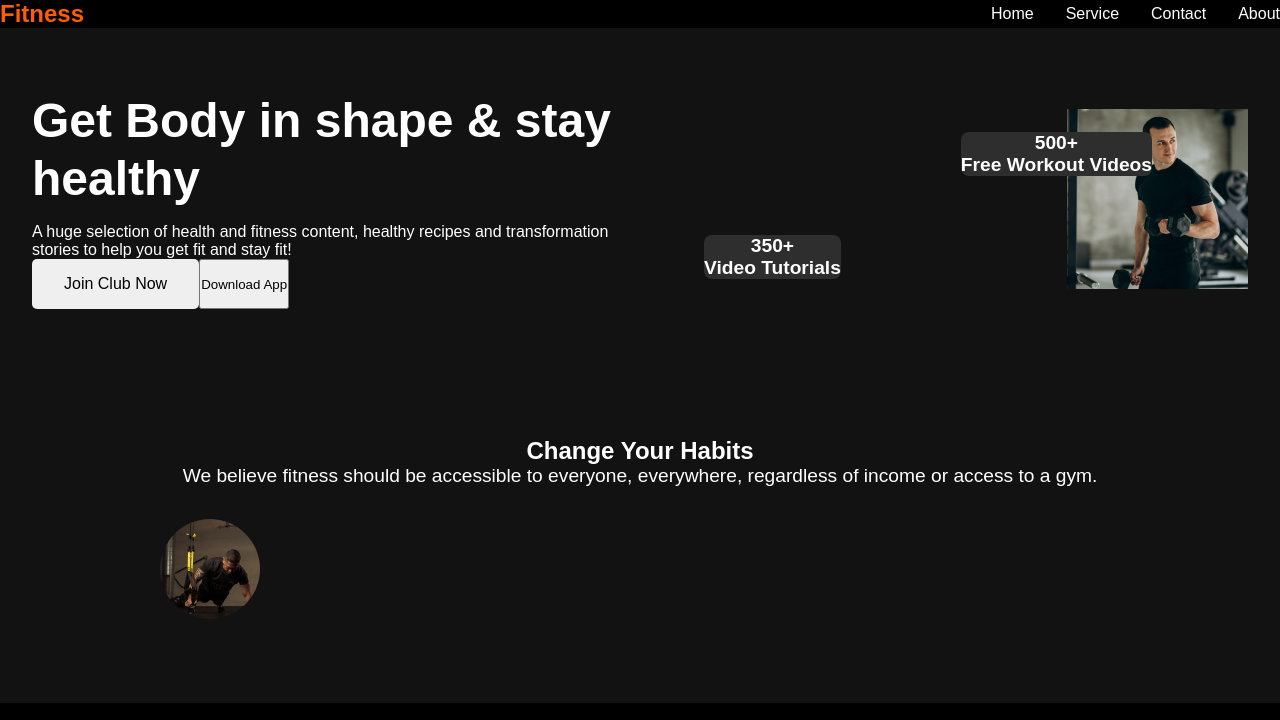
Repository: Aminul-Islam85/Assignment-2
Page: index.html
The author's editor kept a copy of each file at every save. The page is drawn from the files as they stood at one save, then again after the next save.
The browser window is 1280 px wide. The pictures show the whole page.

Above is the page before, as saved 2024-10-23 15:31:31.

### index.html
<!DOCTYPE html>
<html lang="en">
<head>
    <meta charset="UTF-8">
    <meta name="viewport" content="width=device-width, initial-scale=1.0">
    <title>Fitness Website</title>
    <link rel="stylesheet" href="styles.css">
</head>
<body>

    <nav class="navbar">
        <h1 class="heading-text"></a>Fitness</h1>
        <ul class="nav-links">
            <li><a href="#"></a>Home</li>
            <li><a href="#"></a>Service</li>
            <li><a href="#"></a>Contact</li>
            <li><a href="#"></a>About</li>
        </ul>
        <div class="hamburger">
            <span></span>
            <span></span>
            <span></span>
        </div>
    </nav>

    <section class="hero">
        <div class="hero-content">
            <h1>Get Body in <span class="highlighted">shape</span> & stay healthy</h1>
            <p>A huge selection of health and fitness content, healthy recipes and transformation stories to help you get fit and stay fit!</p>
            <div class="hero-buttons">
                <button class="cta-btn join-btn"> Join Club Now</button>
                <button cta-btn download-btn>Download App</button>
            </div>
        </div>
        <div class="hero-image">
            <img src="images/image 5.png" alt="Trainer">
        </div>

        <div class="info-card workout-card">500+<br>Free Workout Videos</div>
        <div class="info-card tutorial-card">350+<br>Video Tutorials</div>
    </section>

    <section class="habits">
        <h1>Change Your Habits</h1>
        <p>We believe fitness should be accessible to everyone, everywhere, regardless of income or access to a gym.</p>
        <div class="habits-gallery">
            <div class="habit-item">
                <img src="images/image 3.png" alt="Movement">
            </div>
            <div></div>
            <div></div>
            <div></div>
        </div>

    </section>


</body>
</html>

### styles.css
/*Global Styles*/
* {
    margin: 0;
    padding: 0;
    box-sizing: border-box;
}

body {
    font-family: 'Arial', sans-serif;
    background-color: black;
    color: #fff;
}

/*Navbar*/
.navbar {
    display: flex;
    justify-content: space-between;
    align-items: center;
    padding: 1 rem 2 rem;
    background-color: transparent;
}

.heading-text {
    font-size: 1.5rem;
    color: #ff5e00;
}

/*nav-link hidden in moble*/
.nav-links {
    list-style: none;
    display: flex;
    gap: 2rem;
}

.nav-links a {
    color: #fff;
    text-decoration: none;
    font-size: 1rem;
}

/*Hamburger menu hidden in desktop*/
.hamburger {
    display: none;
    flex-direction: column;
    cursor: pointer;
}

.hamburger span {
    width: 25px;
    height: 3px;
    background-color: #fff;
    margin: 4px;
    transition: 0.3s;
}

/*responsiveness*/

@media (max-width: 768) {
    .nav-links {
        display: none;
    }
    .hamburger {
        display: flex;
    }
    /*hamburger clicked show nav-links*/
    .navbar.active .nav-links {
        display: flex;
        flex-direction: column;
        position: absolute;
        top: 60px;
        right: 0;
        background-color: #12121212;
        width: 100%;
        height: auto;
        text-align: center;
        padding: 1rem;
    }
    .nav-links li {
        margin: 1rem 0;
    }
}

/* Hero section*/
.hero {
    display: flex;
    justify-content: space-between;
    align-items: center;
    padding: 4rem 2rem;
    background-color: #121212;
    position: relative;
}
.hero-content {
    max-width: 50%;
}

.hero h1 {
    font-size: 3rem;
    line-height: 1.2;
    margin-bottom: 1rem;
}

.hero.highlighted {
    font-style: italic;
    font-weight: 700;
    color: #ff5e00;
}

hero p {
    font-size: 1.2rem;
    margin-bottom: 2rem;
}

.hero-buttons {
    display: flex;
    gap: irem;
}

.cta-btn {
    padding: 1rem 2rem;
    font-size: 1rem;
    border: none;
    border-radius: 5px;
    cursor: pointer;
}

.join.btn {
    background-color: #ff5e00;
    color: #fff;
}

.download-btn {
    background-color: transparent;
    border: 2px solid #fff;
    color: #fff;
}

.hero-image img {
    max-width: 100%;
    height: auto;
}

/*Info Cards*/
.info-card {
    position: absolute;
    background-color: #2e2e2e;
    color: white;
    border-radius: 8px;
    padding: 1re 1.5rem;
    font-size: 1.2rem;
    font-weight: bold;
    text-align: center;
}

.workout-card {
    top: 30%;
    right: 10%;
}

.tutorial-card {
    top: 60%;
    left: 55%;
}

/*Hero reponsive for mobile*/
@media (max-width: 768px) {
.hero {
    flex-direction: column;
    text-align: center;
}
.hero-content {
    max-width: 100%;
    margin-bottom: 2rem;
}
.hero-image img {
    max-width: 100%;
    height: auto;
}
.info-card {
    font-size: 1rem;
    padding: 0.75rem 1 rem;
    position: relative;
    margin: 1rem auto;
    width: auto;
}
.workout-card, .tutorial-card {
    top: auto;
    left: auto;
    right: auto;
    transform: none;
    margin-bottom: 1rem;
 }
}

/*Hero Buttons on mobile*/
@media (max-width:480px) {
    .hero-buttons {
        flex-direction: column;
        gap: 1rem;
    }
    .cta-btn {
        width: 100%;
    }
}

/*Change habit section*/
.habits {
    padding: 4rem 2rem;
    text-align: center;
    background-color: #121212;
}

.habits h2 {
    font-size: 2.5rem;
    margin-bottom: 1rem;
}

.habits p {
    font-size: 1.2rem;
    margin-bottom: 2rem;
}

.habits-gallery {
    display: flex;
    justify-content: space-around;
    align-items: center;
    flex-wrap: wrap;
    gap: 2rem;
}

.habit-item {
    text-align: center;
    max-width: 200px;
}

.habit-item img {
    width: 100px;
    height: 100px;
    border-radius: 50%;
    margin-bottom: 1rem;
}

.habit-item h3 {
    font-size: 1.5rem;
    margin-bottom: 0.5rem;
}
.habit-item p {
    font-size: 1rem;
    color: #aaa;
}

/*Extra mile section*/
.extra-mile {
    display: flex;
    justify-content: space-between;
    align-items: center;
    background-color: #2e2e2e;
    padding: 4rem 2rem;
    border-radius: 20px;
    margin: 4rem 0;
}

.extra-mile-content {
    max-width: 50%;
}
extra-mile h2 {
    font-size: 2.5rem;
    margin-bottom: 1rem;
}
.extra-mile p {
    font-size: 1.2rem;
    margin-bottom: 2rem;
}
.extra-mile btn {
    background-color: #ff5e00;
    color: white;
    border: none;
    padding: 1rem 2rem;
    border-radius: 5px;
    cursor: pointer;
}
.extra-mile image img {
    border-radius: 10px;
    max-width: 100%;
}
/*Footer*/
footer {
    text-align: center;
    padding: 1rem;
    background-color: #333;
    color: #fff;
    margin-top: 2rem;
}
/*responsive design*/
@media (max-width: 768px) {
    .hero h1 {
        font-size: 2rem;
    }
    .hero p {
        font-size: 1rem;
    }
    .extra-mile {
        flex-direction: column;
        text-align: center;
    }
    .extra-mile-content, .extra-mile-image {
        max-width: 100%;
    }
}

@media (max-width: 480px) {
    hero h1 {
        font-size: 1.5rem;
    }
    .hero p {
        font-size: 0.9rem;
    }
}

/* Trainings and Exercise*/
.trainings-exercises {
    padding: 4rem 2rem;
    text-align: center;
    background-color: #121212;
}

.trainings-exercises h2 {
    font-size: 2.5rem;
    margin-bottom: 1rem;
}
.trainings-exercises p {
    font-size: 1.2rem;
    margin-bottom: 2rem;
    color: #aaa;
}
.exercise-gallery {
    display: grid;
    grid-template-columns: repeat(3, 1fr);
    gap: 1rem;
}
.exercise-item {
    position: relative;
}
.exercise-item img {
    width: 100%;
    height: auto;
    border-radius: 10px;
}
.exercise-overlay {
    position: absolute;
    top: 0;
    left: 0;
    width: 100%;
    height: 100%;
    background-color: rgba(0, 0, 0, 0.5);
    color: white;
    display: flex;
    justify-content: center;
    align-items: center;
    opacity: 0;
    transition: opacity 0.3s ease;
    border-radius: 10px;
}
.exercise-item:hover .exercise-overlay {
    opacity: 1;
}
.exercise-overlay p {
    font-size: 1.2rem;
    text-align: center;
}

/*BMI*/
.bmi-calculator {
    background-color: #121212;
    padding: 4rem 2rem;
}
.bmi-title {
    text-align: center;
    margin-bottom: 2rem;
}
.bmi-title h2 {
    font-size: 2.5rem;
    margin-bottom: 1rem;
    color: #fff;
}
.bmi-title p {
    font-size: 1.2rem;
    color: #aaa;
}

/*calculator*/
.bmi-content {
    display: flex;
    justify-content: space-between;
    align-items: flex-start;
    background-color: #121212;
    padding: 2rem;
    border-radius: 20px;
}
.bmi-chart {
    flex: 1;
    margin-right: 2rem;
}
.bmi-chart h3 {
    color:#fff;
    margin-bottom: 1rem;
}
.bmi-chart table {
    width: 100%;
    border-collapse: collapse;
}
.bmi-chart table th, .bmi-chart table td {
    padding: 1rem;
    text-align: left;
    border: 1px solid #fff;
    color: #fff;
}
.bmi-form {
    flex: 1;
}
bmi-form h3 {
    color: #fff;
    margin-bottom: 1rem;
}
bmi-form p {
    margin-bottom: 2rem;
    color: #aaa;
}
.bmi-form input, .bmi-form select {
    width: 100%;
    padding: 1rem;
    margin-bottom: 1rem;
    border-radius: 5px;
    border: none;
    background-color: #333;
    color: #fff;
}
.bmi-form select {
    cursor: pointer;
}
.bmi-form, .calculate-btn {
    width: 100%;
    padding: 1rem 2rem;
    border-radius: 5px;
    border: none;
    background-color: #ff5e00;
    color: white;
    cursor: pointer;
    text-align: center;
}

/*responsiveness*/
@media (max-width: 768px) {
    .bmi-content {
        flex-direction: column;
    }
    .bmi-chart {
        margin-right: 0;
        margin-bottom: 2rem;
    }
}

/*Meet our team*/
.team-selection {
    background-color: #121212;
    padding: 4rem 2rem;
}
.team-title {
    text-align: center;
    margin-bottom: 2rem;
}
.team-title h2 {
    font-size: 2.5rem;
    margin-bottom: 1rem;
    color: #fff;
}
.team-title p {
    font-size: 1.2rem;
    color: #aaa;
}

/*Team-content*/
.team-content {
    display: grid;
    grid-template-columns: repeat(3,1fr);
    gap: 1.5rem;
    background-color: #2e2e2e;
    padding: 2rem;
    border-radius: 20px;
}
.team-member {
    position: relative;
    border-radius: 10px;
    overflow: hidden;
}
.team-member img {
    width: 100%;
    height: auto;
    border-radius: 10px;
}
.team-overlay {
    position: absolute;
    bottom: 0;
    left: 0;
    width: 100%;
    background-color: rgba(0, 0, 0, 0.5);
    color: white;
    padding: 1rem;
    text-align: center;
    transition: background-color 0.3s ease;
}
.team-member:hover .team-overlay {
    background-color: rgba(0, 0, 0, 0.7);
}
.team-overlay h3 {
    margin: 0;
    font-size: 1.2rem;
}
.team-overlay p {
    margin: 0.5rem 0 0;
    font-size: 0.9rem;
}

/*responsive design*/
@media (max-width: 768px) {
    .team.content {
        grid-template-columns: repeat(2, 1fr);
    }
}

@media (max-width: 480px) {
    .team.content {
        grid-template-columns: 1fr;
    }
}

/*footer section*/
.footer-section {
    background-color: #2e2e2e;
    padding: 4rem 2rem;
    color: #fff;
}
.footer-content {
    display: flex;
    justify-content: space-between;
    align-items: flex-start;
    margin-bottom: 2rem;
}
.footer-logo {
    font-size: 2.5rem;
    color: #ff5e00;
}
.footer-content p {
    max-width: 300px;
    color: #aaa;
}
.footer-links {
    display: flex;
    flex-direction: column;
}
.footer-links h3 {
    margin-bottom: 1rem;
}
.footer-links ul {
    list-style: none;
    padding: 0;
}
.footer-links li {
    margin-bottom: 0.5rem;
}
.footer-links a {
    color: #fff;
    text-decoration: none;
    transition: 0.3s ease;
}
.footer-links a:hover {
    color: #ff5e00;
}
.footer-bottom {
    text-align: center;
    padding-top: 1rem;
    border-top: 1px solid #444;
    color: #aaa;
}

/*rensiveness*/
@media (max-width: 768px) {
    .footer-content {
        flex-direction: column;
        text-align: center;
    }
    .footer-links {
        margin-top: 2rem;
    }
}

After the next save:
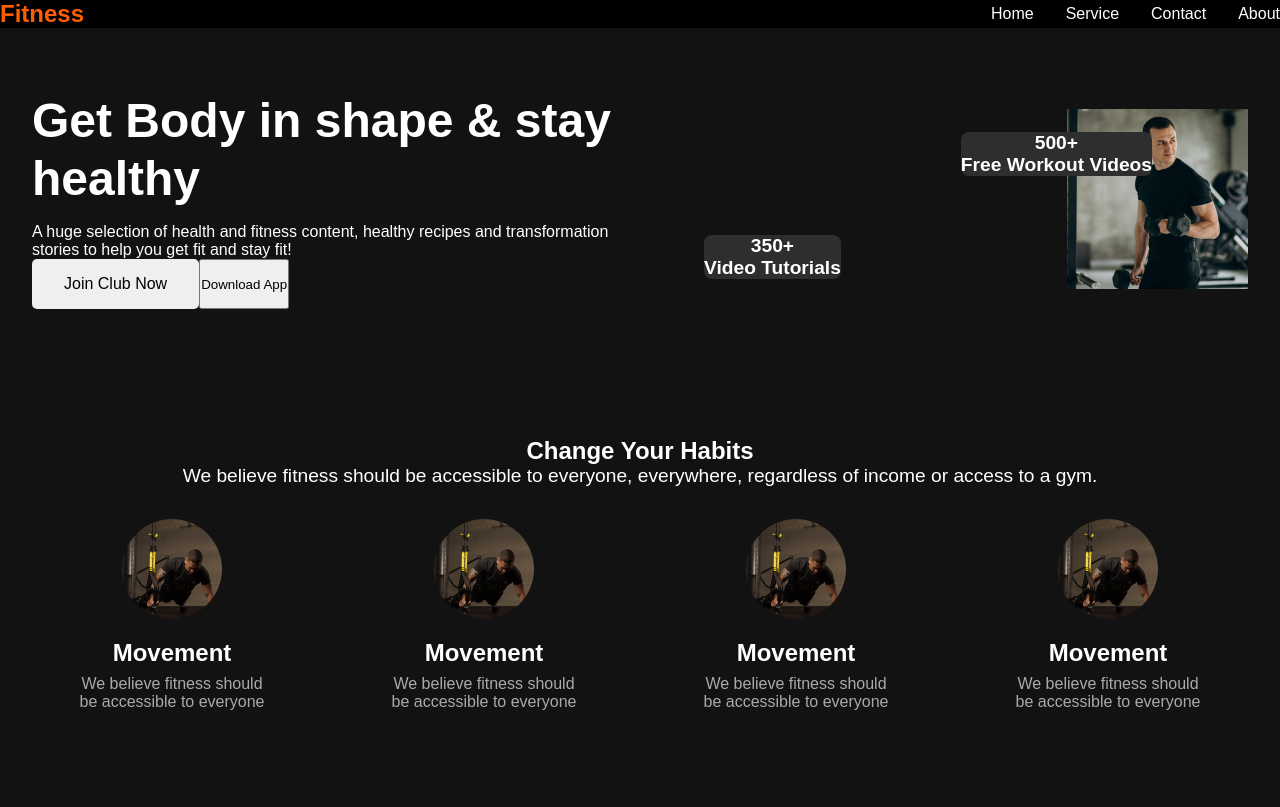
Saved 2 min 29 s later.
--- a/index.html
+++ b/index.html
@@ -46,10 +46,24 @@
         <div class="habits-gallery">
             <div class="habit-item">
                 <img src="images/image 3.png" alt="Movement">
+                <h3>Movement</h3>
+                <p>We believe fitness should be accessible to everyone</p>
             </div>
-            <div></div>
-            <div></div>
-            <div></div>
+            <div class="habit-item">
+                <img src="images/image 3.png" alt="Movement">
+                <h3>Movement</h3>
+                <p>We believe fitness should be accessible to everyone</p>
+            </div>
+            <div class="habit-item">
+                <img src="images/image 3.png" alt="Movement">
+                <h3>Movement</h3>
+                <p>We believe fitness should be accessible to everyone</p>
+            </div>
+            <div class="habit-item">
+                <img src="images/image 3.png" alt="Movement">
+                <h3>Movement</h3>
+                <p>We believe fitness should be accessible to everyone</p>
+            </div>
         </div>
 
     </section>
